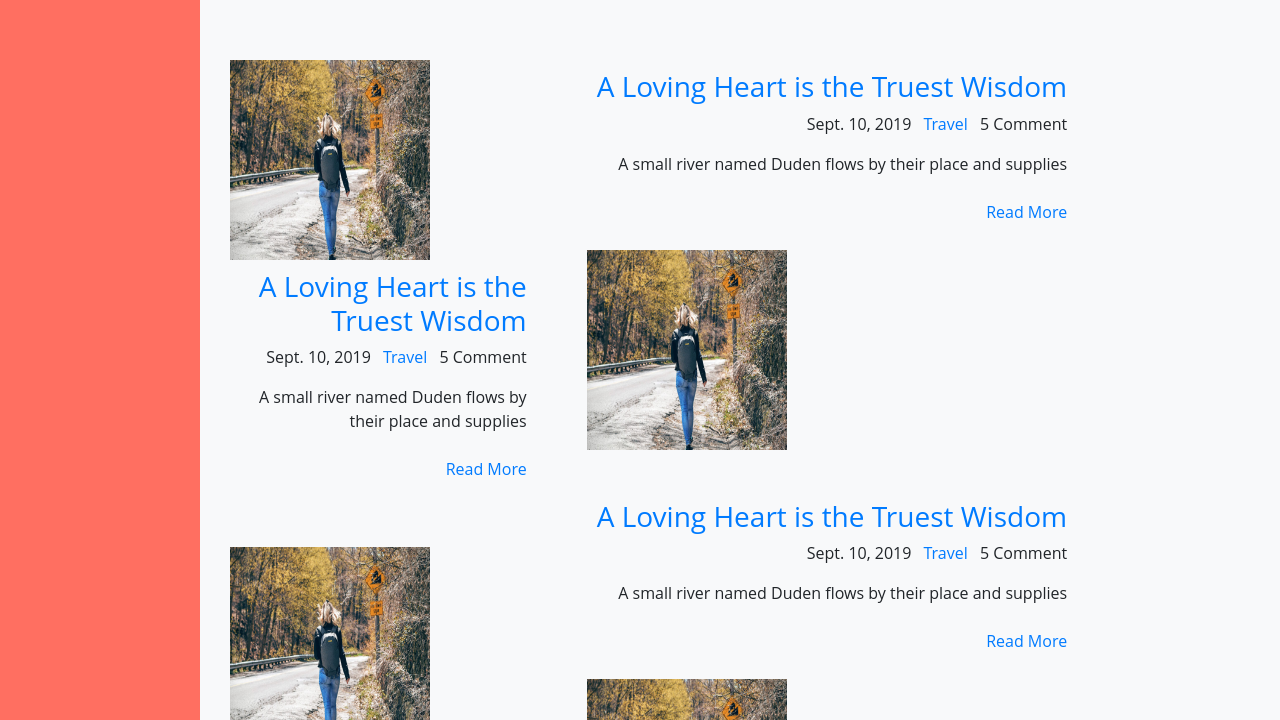
Repository: tts2610/GoogleNews
Page: index.html
The author's editor kept a copy of each file at every save. The page is drawn from the files as they stood at one save, then again after the next save.
The browser window is 1280 px wide. The pictures show the whole page.
The page's requests for data from a server got no answer. An inner scrolling area shows only its first screen. Some web libraries are served in a nearby version.

Above is the page before, as saved 2020-05-20 22:51:03.

### index.html
<!DOCTYPE html>
<html lang="en">

<head>
    <meta charset="UTF-8">
    <meta name="viewport" content="width=device-width, initial-scale=1.0">
    <title>Document</title>
    <link rel="stylesheet" href="https://maxcdn.bootstrapcdn.com/bootstrap/4.4.1/css/bootstrap.min.css">

    <!-- jQuery library -->
    <script src="https://ajax.googleapis.com/ajax/libs/jquery/3.5.1/jquery.min.js"></script>

    <!-- Popper JS -->
    <script src="https://cdnjs.cloudflare.com/ajax/libs/popper.js/1.16.0/umd/popper.min.js"></script>

    <!-- Latest compiled JavaScript -->
    <script src="https://maxcdn.bootstrapcdn.com/bootstrap/4.4.1/js/bootstrap.min.js"></script>
    <link rel="stylesheet" href="css/style.css">

    <link href="https://unpkg.com/aos@2.3.1/dist/aos.css" rel="stylesheet">

    <link rel="stylesheet" href="https://cdnjs.cloudflare.com/ajax/libs/animate.css/4.0.0/animate.min.css" />
    <script src="js/moment.js"></script>
</head>

<body>
    <div class="myContainer">
        <div class="sidenav">
            <ul id="sideNav">
                <!-- <li></li>
                <li></li>
                <li></li> -->
            </ul>
        </div>
        <div class="content" id="myContent">

            <div class="row">
                <div class="col-4">
                    <div class="row" id='container-row'>

                        <div class="row">
                            <div class="news-img"><img src="img/image_8.jpg" width="200" height="200"></div>
                            <div class="blog-entry">
                                <div class="text">
                                    <h3 class="mb-2"><a href="single.html">A Loving Heart is the Truest Wisdom</a></h3>
                                    <div class="meta-wrap">
                                        <p class="meta">
                                            <span><i class="icon-calendar mr-2"></i>Sept. 10, 2019</span>
                                            <span><a href="single.html"><i class="icon-folder-o mr-2"></i>Travel</a></span>
                                            <span><i class="icon-comment2 mr-2"></i>5 Comment</span>
                                        </p>
                                    </div>
                                    <p class="mb-4">A small river named Duden flows by their place and supplies</p>
                                    <p><a href="#" class="btn-custom">Read More <span class="ion-ios-arrow-forward"></span></a></p>
                                </div>
                            </div>

                        </div>
                        <div class="row">
                            <div class="news-img"><img src="img/image_8.jpg" width="200" height="200"></div>
                            <div class="blog-entry">
                                <div class="text">
                                    <h3 class="mb-2"><a href="single.html">A Loving Heart is the Truest Wisdom</a></h3>
                                    <div class="meta-wrap">
                                        <p class="meta">
                                            <span><i class="icon-calendar mr-2"></i>Sept. 10, 2019</span>
                                            <span><a href="single.html"><i class="icon-folder-o mr-2"></i>Travel</a></span>
                                            <span><i class="icon-comment2 mr-2"></i>5 Comment</span>
                                        </p>
                                    </div>
                                    <p class="mb-4">A small river named Duden flows by their place and supplies</p>
                                    <p><a href="#" class="btn-custom">Read More <span class="ion-ios-arrow-forward"></span></a></p>
                                </div>
                            </div>

                        </div>


                        <!-- <div class="col-md-12">

                        </div> -->
                        <!-- <div class="col-md-12">

                        </div> -->
                    </div>
                </div>
                <div class="col-8">
                    <div class="row" id='container-row'>

                        <div class="row">
                            <div class="blog-entry">
                                <div class="text">
                                    <h3 class="mb-2"><a href="single.html">A Loving Heart is the Truest Wisdom</a></h3>
                                    <div class="meta-wrap">
                                        <p class="meta">
                                            <span><i class="icon-calendar mr-2"></i>Sept. 10, 2019</span>
                                            <span><a href="single.html"><i class="icon-folder-o mr-2"></i>Travel</a></span>
                                            <span><i class="icon-comment2 mr-2"></i>5 Comment</span>
                                        </p>
                                    </div>
                                    <p class="mb-4">A small river named Duden flows by their place and supplies</p>
                                    <p><a href="#" class="btn-custom">Read More <span class="ion-ios-arrow-forward"></span></a></p>
                                </div>
                            </div>
                            <div class="news-img"><img src="img/image_8.jpg" width="200" height="200"></div>
                        </div>
                        <div class="row">
                            <div class="blog-entry">
                                <div class="text">
                                    <h3 class="mb-2"><a href="single.html">A Loving Heart is the Truest Wisdom</a></h3>
                                    <div class="meta-wrap">
                                        <p class="meta">
                                            <span><i class="icon-calendar mr-2"></i>Sept. 10, 2019</span>
                                            <span><a href="single.html"><i class="icon-folder-o mr-2"></i>Travel</a></span>
                                            <span><i class="icon-comment2 mr-2"></i>5 Comment</span>
                                        </p>
                                    </div>
                                    <p class="mb-4">A small river named Duden flows by their place and supplies</p>
                                    <p><a href="#" class="btn-custom">Read More <span class="ion-ios-arrow-forward"></span></a></p>
                                </div>
                            </div>
                            <div class="news-img"><img src="img/image_8.jpg" width="200" height="200"></div>
                        </div>


                        <!-- <div class="col-md-12">

                        </div> -->
                        <!-- <div class="col-md-12">

                        </div> -->
                    </div>
                </div>
            </div>
            <!-- <button type="button" id="loadMoreBtn" class="btn btn-success my-3" style="margin-left: 470px;">Load more...</button> -->
        </div>
    </div>

    <script src="js/script.js"></script>
    <script src="https://unpkg.com/aos@2.3.1/dist/aos.js"></script>
    <script>
        AOS.init();
    </script>
</body>

</html>

### css/style.css
body {
    margin: 0;
    font-family: 'Open Sans', sans-serif;
}

.myContainer {
    display: flex;
    justify-content: start;
}

.sidenav {
    min-height: 100vh;
    width: 200px;
    float: left;
    position: relative;
    background-color: #FF6F61;
}

#sideNav {
    overflow-y: scroll;
}

.content {
    height: 100vh;
    width: calc(100% - 200px);
    float: right;
    position: relative;
    background-color: #f8f9fa;
    overflow-y: scroll;
}

.blog-entry-left {
    display: flex;
    flex-direction: column;
    align-items: center;
}

.blog-entry {
    padding: 10px;
}

.row {
    padding: 20px;
    font-size: medium;
    text-align: right;
}

#container-row {
    display: flex;
    justify-content: flex-end;
}

button {
    margin-left: 500px;
}

### js/script.js
let newsList = [];
const apiKey = "2dc86bcdc7184b17b45b74b30858f75a"
let page = 1;
let pageSize = 6;
let categoryList = [];
let q = "apple";

const loadNews = async(page) => {
    let sources = [];
    $("input:checkbox:checked").each(function() {
        sources.push($(this).val());
    });
    let url;
    if (!sources.length)
        url = `https://newsapi.org/v2/top-headlines?q=${q}&apiKey=${apiKey}&page=${page}&pageSize=${pageSize}`;
    else {
        let sourceStr = sources.join(",");
        url = `https://newsapi.org/v2/top-headlines?q=${q}&page=${page}&pageSize=${pageSize}&sources=${sourceStr}&apiKey=${apiKey}`
    }



    let data = await fetch(url);
    let result = await data.json();
    $("#myContent").empty();
    $("#myContent").append(render(result));
    $('#myContent').append(`<button onclick="loadMoreFunction()" id="loadMoreBtn" type="button" class="btn btn-success my-4">Load more</button>`);
    $('#myContent').append(`<div id="currentNews" style="text-align:right;">Shown : ${result.articles.length} news</div>`);
}

$(document).ready(function() {
    countCategory();
    // loadNews(page);

});

async function countCategory() {
    let filterUrl = `https://newsapi.org/v2/top-headlines?q=${q}&apiKey=${apiKey}`;
    let filterData = await fetch(filterUrl);
    let result = await filterData.json();
    result.articles.forEach((x, i) => {
        addToDictionary(x.source);
    });
    reloadFilter();
}


function loadMoreFunction() {
    page++;
    $("#loadMoreBtn").remove();
    $("#currentNews").remove();
    loadNews(page);
}

function reloadFilter() {
    $("#sideNav").empty();
    categoryList.forEach(element => {
        let html = `<div class="form-check">
                        <input class="form-check-input" onchange="loadNews(1);" type="checkbox" id="${element.id}" value="${element.id}">
                        <label class="form-check-label">${element.category}(${element.count})</label>
                    </div>`;
        $("#sideNav").append(html);
    });
}

function addToDictionary(x) {
    let flag;
    for (let i = 0; i < categoryList.length; i++) {
        if (categoryList[i].id == x.id) {
            categoryList[i].count++;
            flag = true;
        }
    }
    if (!flag)
        categoryList.push({ id: x.id, category: x.name, count: 1 })
}

function render(result) {
    let innerHtml = '';
    let firstNum = 0;
    let midNum;
    let lastNum;
    result.articles.forEach((x, i) => {
        if (i == firstNum) {
            innerHtml += `<div class="row animate__animated animate__fadeInUp">
            <div class="col-4">
                <div class="blog-entry-left">
                    <div>
                        <img src="${x.urlToImage}" width="200" height="200">
                    </div>
                    <div class="text">
                        <h3 class=""><a href="single.html">${x.title}</a></h3>
                        <div class="meta-wrap">
                            <p class="meta">
                                <span><i class="icon-calendar mr-2"></i>${moment(x.publishedAt).fromNow()}</span>
                                <span><a href="single.html"><i class="icon-folder-o mr-2"></i>${x.source.name}</a></span>
                                <span><i class="icon-comment2 mr-2"></i>5 Comment</span>
                            </p>
                        </div>
                        <p class="">${x.description}</p>
                        <p><a href="#" class="btn-custom">Read More <span class="ion-ios-arrow-forward"></span></a></p>
                    </div>
                </div>
            </div>`
            midNum = i + 1;
            firstNum = firstNum + 3;
        }
        if (i == midNum) {
            innerHtml += `<div class="col-8">
            <div class="row">
                <div class="col-md-12">
                    <div class="blog-entry">
                        <div class="text text-2 text-md-right pr-4">
                            <h3 class="mb-2"><a href="single.html">${x.title}</a></h3>
                            <div class="meta-wrap">
                                <p class="meta">
                                    <span><i class="icon-calendar mr-2"></i>${moment(x.publishedAt).fromNow()}</span>
                                    <span><a href="single.html"><i class="icon-folder-o mr-2"></i>${x.source.name}</a></span>
                                    <span><i class="icon-comment2 mr-2"></i>5 Comment</span>
                                </p>
                            </div>
                            <p class="mb-4">${x.description}</p>
                            <p><a href="#" class="btn-custom">Read More <span class="ion-ios-arrow-forward"></span></a></p>
                        </div>
                        <div class="news-img"><img src="${x.urlToImage}" width="200" height="200"></div>
                    </div>
                </div>`
            lastNum = i + 1;
        }
        if (i == lastNum) {
            innerHtml += `<div class="col-md-12">
            <div class="blog-entry ftco-animate d-md-flex align-items-center">
                <div class="text text-2 text-md-right pr-4">
                    <h3 class="mb-2"><a href="single.html">${x.title}</a></h3>
                    <div class="meta-wrap">
                        <p class="meta">
                            <span><i class="icon-calendar mr-2"></i>${moment(x.publishedAt).fromNow()}</span>
                            <span><a href="single.html"><i class="icon-folder-o mr-2"></i>${x.source.name}</a></span>
                            <span><i class="icon-comment2 mr-2"></i>5 Comment</span>
                        </p>
                    </div>
                    <p class="mb-4">${x.description}</p>
                    <p><a href="#" class="btn-custom">Read More <span class="ion-ios-arrow-forward"></span></a></p>
                </div>
                <div class="news-img"><img src="${x.urlToImage}" width="200" height="200"></div>
            </div>
        </div>
    </div>
</div>
</div>
`
        }


    });
    return innerHtml;
}

Loaded but not shown: js/moment.js (library)

After the next save:
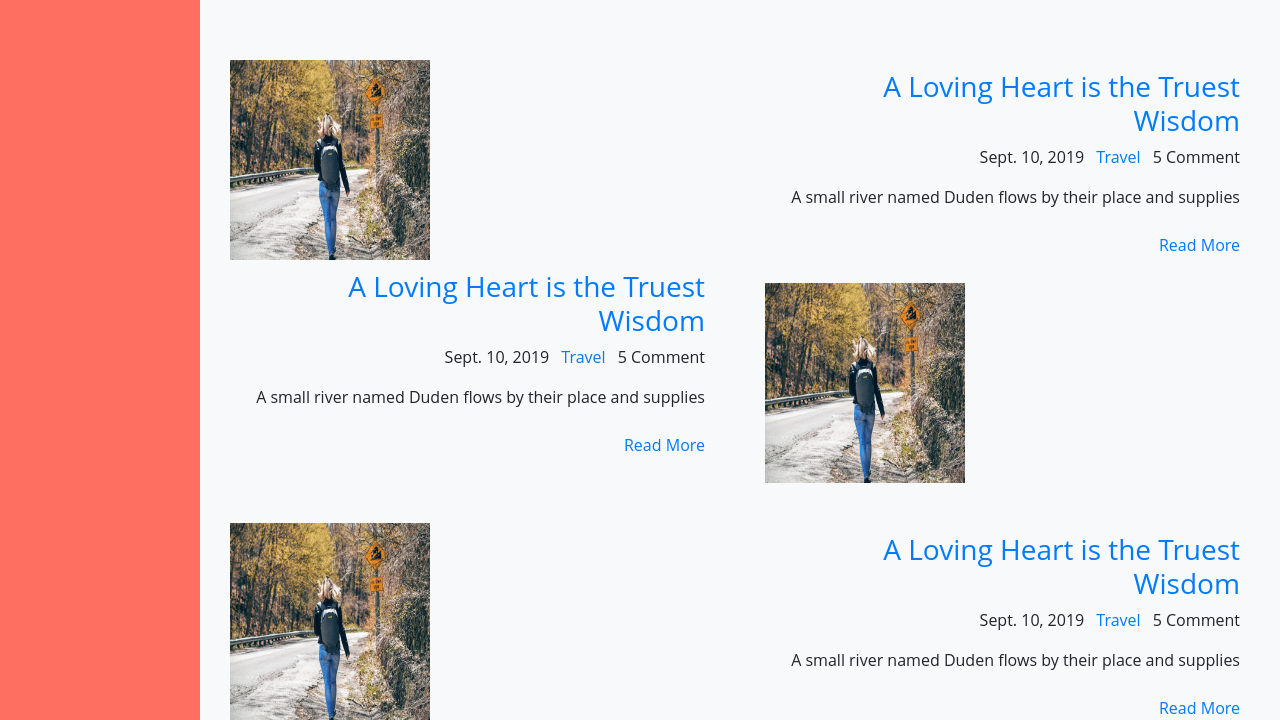
Saved 71 s later.
--- a/index.html
+++ b/index.html
@@ -35,7 +35,7 @@
         <div class="content" id="myContent">
 
             <div class="row">
-                <div class="col-4">
+                <div class="col-6">
                     <div class="row" id='container-row'>
 
                         <div class="row">
@@ -84,7 +84,7 @@
                         </div> -->
                     </div>
                 </div>
-                <div class="col-8">
+                <div class="col-6">
                     <div class="row" id='container-row'>
 
                         <div class="row">
